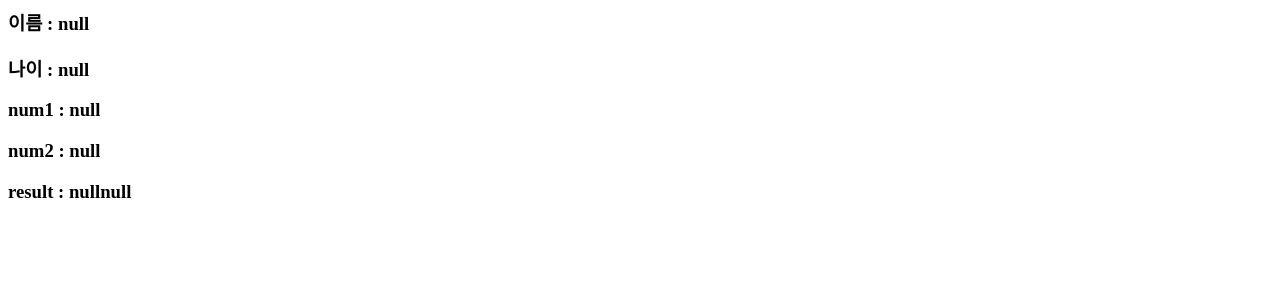
Repository: hagjun/jspstudy
Page: http://localhost/01_servlet/Ex05
An editor plug-in stored every save of this project. The page is shown before and after the next save, followed by the edit.
The browser window is 1280 px wide. The pictures show the whole page.
The page is served by Tomcat 9.

Above is the page before, as saved 2024-03-04 06:39:29.

After the next save:
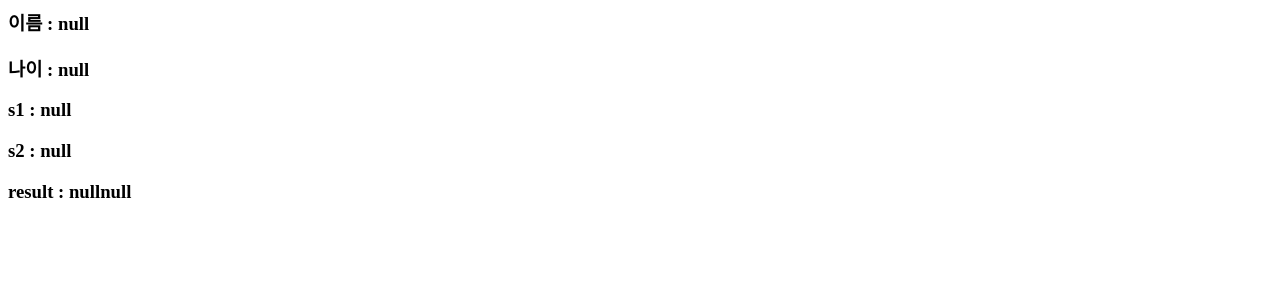
Saved 3 min 15 s later.
--- a/01_servlet/src/main/java/com/ict/controller/Ex05.java
+++ b/01_servlet/src/main/java/com/ict/controller/Ex05.java
@@ -63,14 +63,14 @@ public class Ex05 extends HttpServlet {
 		// 만약에 s1 이라는 이름으로 숫자, s2 이라는 이름으로 숫자, op 라는 이름으로 + 가 넘어온다고 가정하자
 		// op라는 이름으로 +,-,*,/ 중 하나가 넘어온다고 가정하자.
 
-		String s1 = request.getParameter("num1");
-		String s2 = request.getParameter("num2");
-		String op = request.getParameter("result");
+		String num1 = request.getParameter("s1");
+		String num2 = request.getParameter("s2");
+		String result = request.getParameter("op");
 
 		out.println("<h3>");
-		out.println("<p> num1 : " + s1 + "</p>");
-		out.println("<p> num2 : " + s2 + "</p>");
-		out.println("<p> result : " + s1 + s2 + "</p>");
+		out.println("<p> s1 : " + num1 + "</p>");
+		out.println("<p> s2 : " + num2 + "</p>");
+		out.println("<p> result : " + (num1 + num2) + "</p>");
 
 		out.println("</h3>");
 
